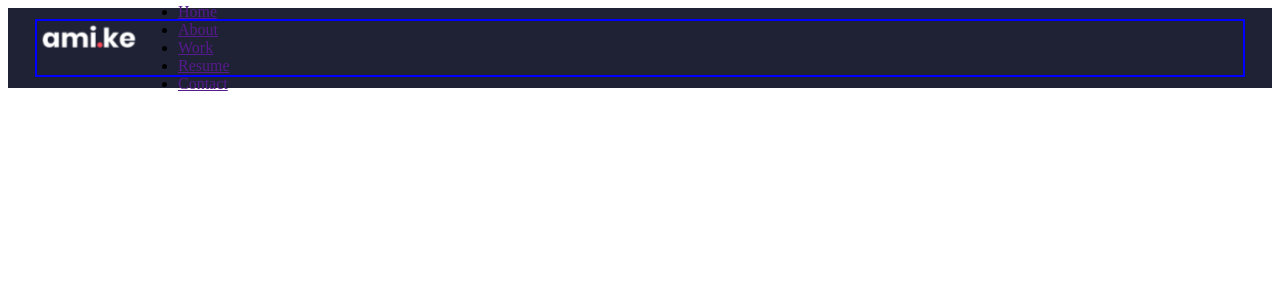
Repository: imokha01/HTML
Page: index.html
An editor plug-in stored every save of this project. The page is shown before and after a run of saves, followed by the edit.
The browser window is 1280 px wide. The pictures show the whole page.

Above is the page before, as saved 2023-11-18 13:09:56.

After the next 2 saves:
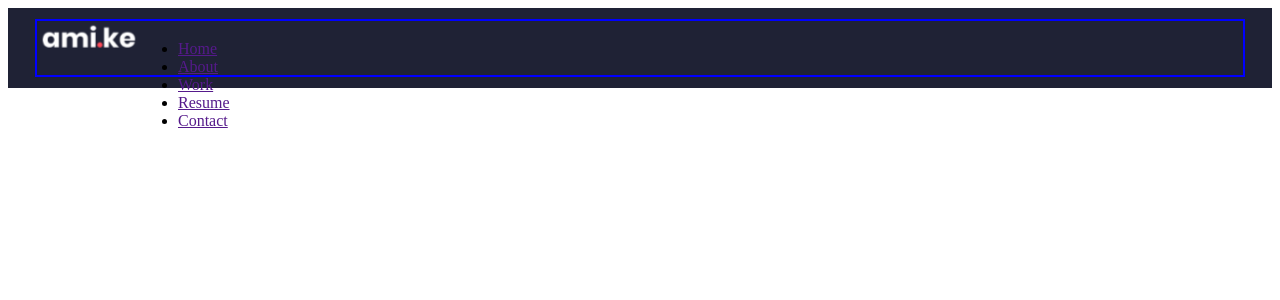
The 2 saves are shown as one change because they came seconds apart.
The last was saved 13 s later.
--- a/index.css
+++ b/index.css
@@ -26,6 +26,7 @@
 }
 
 .links {
+    list
     display: flex;
     justify-content: flex-end;
     align-items: center;

After the 2 saves that followed:
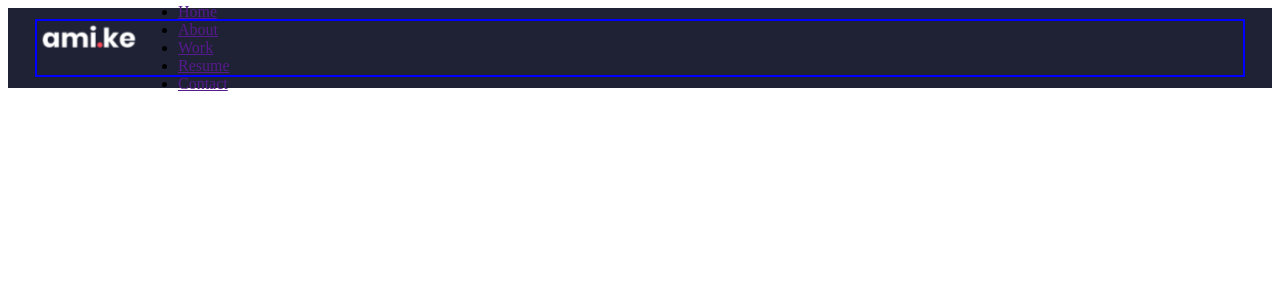
The 2 saves are shown as one change because they came seconds apart.
The last was saved 7 s later.
--- a/index.css
+++ b/index.css
@@ -26,7 +26,7 @@
 }
 
 .links {
-    list
+    list-style-type: none;
     display: flex;
     justify-content: flex-end;
     align-items: center;
